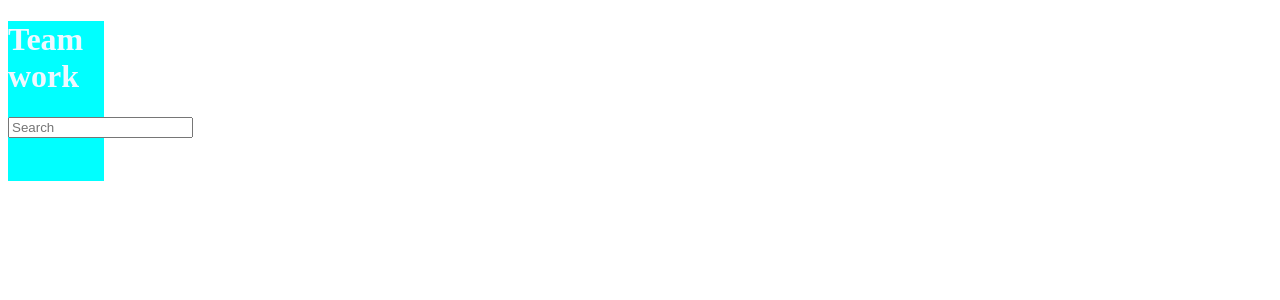
Repository: male8769/samarbejde
Page: index.html
The author's editor kept a copy of each file at every save. The page is drawn from the files as they stood at one save, then again after a run of saves.
The browser window is 1280 px wide. The pictures show the whole page.

Above is the page before, as saved 2025-01-21 10:16:31.

After the next 2 saves:
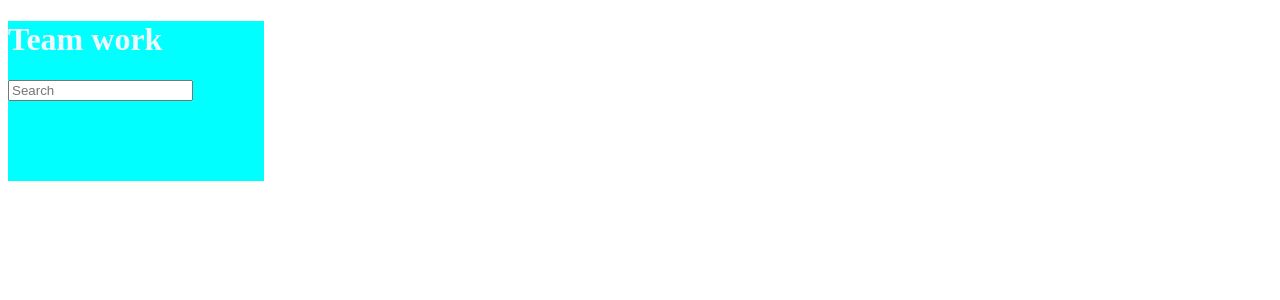
The 2 saves are shown as one change because they came seconds apart.
The last was saved 12 s later.
--- a/index.html
+++ b/index.html
@@ -7,7 +7,7 @@
 </head>
 <style>
     .main{
-        width: 6rem;
+        width:16rem;
         height:10rem;
         background-color: aqua;
         color: aliceblue;
